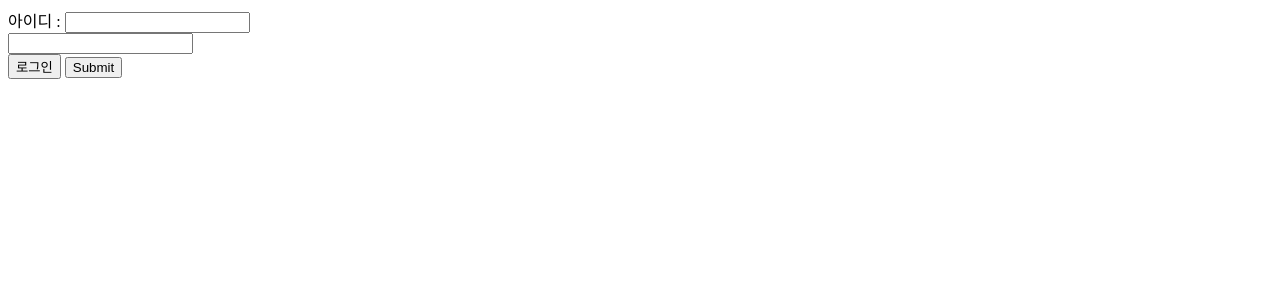
Repository: yesaroun/Web-Shop
Page: pro06/WebContent/login.html
An editor plug-in stored every save of this project. The page is shown before and after the next save, followed by the edit.
The browser window is 1280 px wide. The pictures show the whole page.

Above is the page before, as saved 2022-04-30 08:49:10.

### pro06/WebContent/login.html
<!DOCTYPE html>
<html>
<head>
<meta charset="UTF-8">
<title>로그인 창</title>
</head>
<body>
	<div>
		<form name="frmLogin" method="get" action="login" encType="UTF-8">
			아이디 : <input type="text" name="user_id" /> <br />
			<input type="text" name="user_pw" /> <br />
			<input type="submit" value="로그인"/>
			<input type="submit" /> <br />
		</form>
	</div>
</body>
</html>

After the next save:
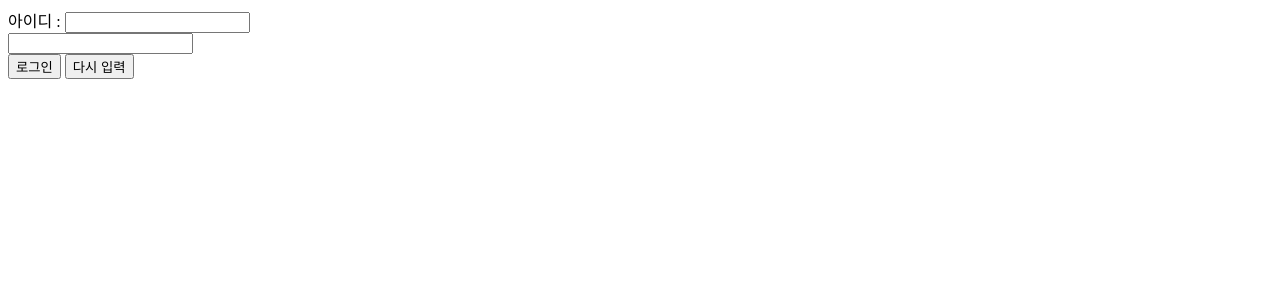
Saved 15 s later.
--- a/pro06/WebContent/login.html
+++ b/pro06/WebContent/login.html
@@ -10,7 +10,7 @@
 			아이디 : <input type="text" name="user_id" /> <br />
 			<input type="text" name="user_pw" /> <br />
 			<input type="submit" value="로그인"/>
-			<input type="submit" /> <br />
+			<input type="reset" value="다시 입력"/> <br />
 		</form>
 	</div>
 </body>
